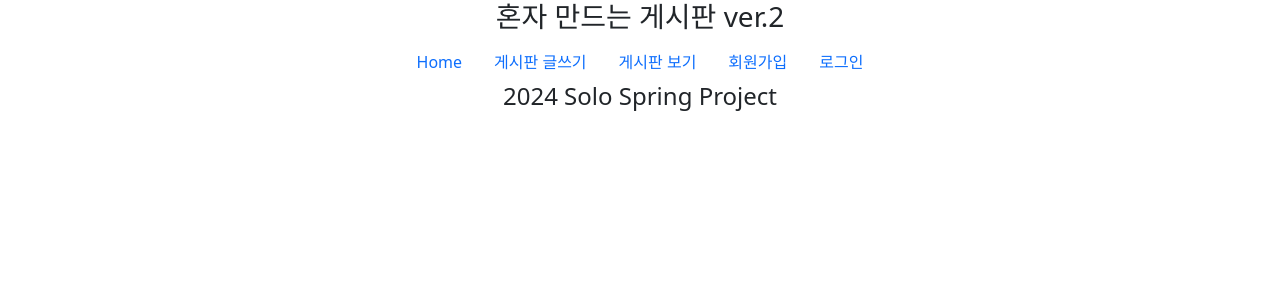
Repository: nefer2/Spring_test
Page: http://localhost/spring_test7/WEB-INF/views/member/register.jsp
These files come from the project's save history. The page is drawn as it stood at one moment and after the next save; the edit follows.
The browser window is 1280 px wide. The pictures show the whole page.
The page is served by Tomcat 9. Nobody is signed in. The template is opened directly, without the code that normally fills it, so the values that code supplies are empty.

Above is the page before, as saved 2024-01-19 05:28:08.

After the next save:
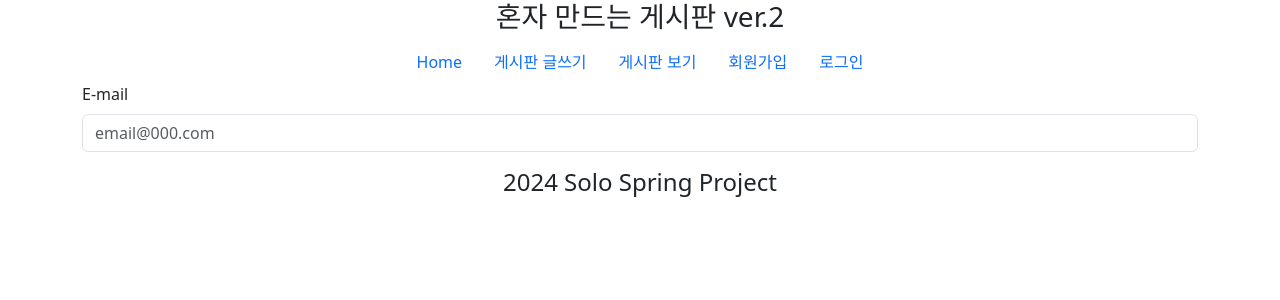
Saved 37 s later.
--- a/spring_test7/src/main/webapp/WEB-INF/views/member/register.jsp
+++ b/spring_test7/src/main/webapp/WEB-INF/views/member/register.jsp
@@ -1,6 +1,6 @@
 <%@ page language="java" contentType="text/html; charset=UTF-8"
-    pageEncoding="UTF-8"%>
-<%@ taglib uri="http://java.sun.com/jsp/jstl/core" prefix="c" %>
+	pageEncoding="UTF-8"%>
+<%@ taglib uri="http://java.sun.com/jsp/jstl/core" prefix="c"%>
 
 <jsp:include page="../layout/header.jsp"></jsp:include>
 <jsp:include page="../layout/navbar.jsp"></jsp:include>
@@ -8,6 +8,21 @@
 <div class="container-md">
 
 
+	<form action="/member/register" method="post">
+	<div class="mb-3">
+  <label for="email" class="form-label">E-mail</label>
+  <input type="email" name="email" class="form-control" id="email" placeholder="email@000.com">
+</div>
 
 
+
+
+
+
+
+
+
+
+	</form>
+</div>
 <jsp:include page="../layout/footer.jsp"></jsp:include>
